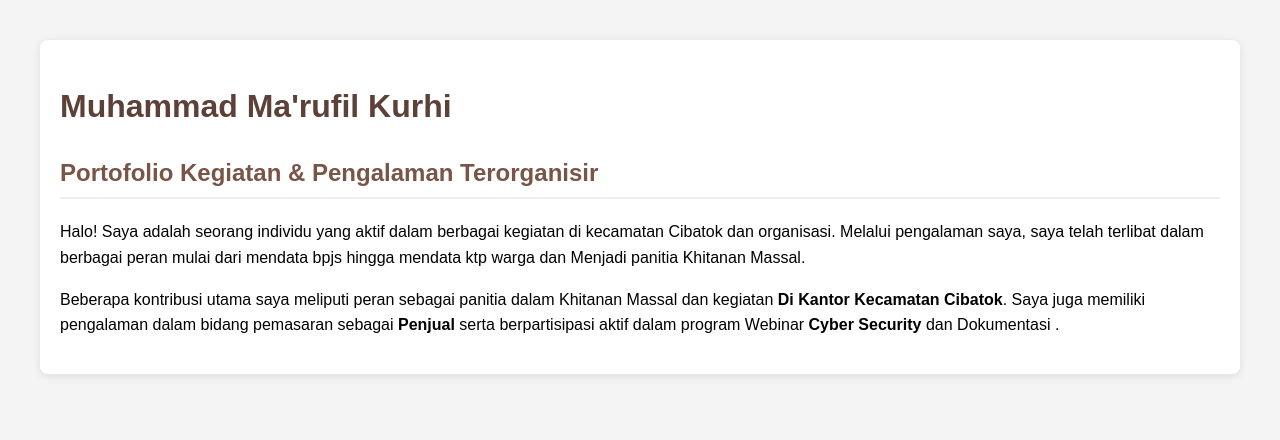
Repository: rufi1126/241552010002-Web-Application-Development
Page: p-2/latihan1.html
These files come from the project's save history. The page is drawn as it stood at one moment and after the next save; the edit follows.
The browser window is 1280 px wide. The pictures show the whole page.

Above is the page before, as saved 2026-02-27 17:31:11.

### p-2/latihan1.html
<!DOCTYPE html>
<html lang="id">
<head>
    <meta charset="UTF-8">
    <meta name="viewport" content="width=device-width, initial-scale=1.0">
    <title>Portofolio Muhammad Ma'rufil Kurhi</title>
    <style>
        body {
            font-family: Arial, sans-serif;
            line-height: 1.6;
            margin: 40px;
            background-color: #f4f4f4;
        }
        .container {
            background: white;
            padding: 20px;
            border-radius: 8px;
            box-shadow: 0 2px 10px rgba(0,0,0,0.1);
        }
        h1 {
            color: #5d4037;
        }
        h2 {
            color: #795548;
            border-bottom: 2px solid #eee;
            padding-bottom: 5px;
        }
    </style>
</head>
<body>

    <div class="container">
        <h1>Muhammad Ma'rufil Kurhi</h1>
        <h2>Portofolio Kegiatan & Pengalaman Terorganisir</h2>

        <p>
            Halo! Saya adalah seorang individu yang aktif dalam berbagai kegiatan di kecamatan Cibatok dan organisasi.
            Melalui pengalaman saya, saya telah terlibat dalam berbagai peran mulai dari mendata bpjs
            hingga mendata ktp warga dan Menjadi panitia Khitanan Massal.
        </p>

        <p>
            Beberapa kontribusi utama saya meliputi peran sebagai panitia dalam Khitanan Massal
            dan kegiatan <strong>Di Kantor Kecamatan Cibatok</strong>. Saya juga memiliki pengalaman dalam bidang pemasaran
            sebagai <strong>Penjual</strong> serta berpartisipasi aktif dalam program Webinar
            <strong>Cyber Security</strong> dan Dokumentasi <strong></strong>.
        </p>
    </div>

</body>
</html>

After the next save:
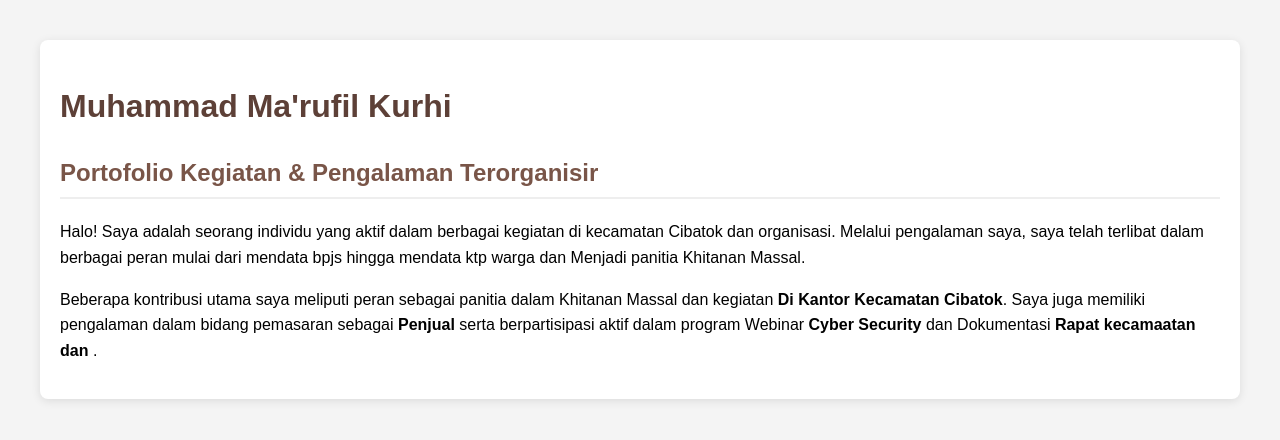
Saved 10 s later.
--- a/p-2/latihan1.html
+++ b/p-2/latihan1.html
@@ -43,7 +43,7 @@
             Beberapa kontribusi utama saya meliputi peran sebagai panitia dalam Khitanan Massal
             dan kegiatan <strong>Di Kantor Kecamatan Cibatok</strong>. Saya juga memiliki pengalaman dalam bidang pemasaran
             sebagai <strong>Penjual</strong> serta berpartisipasi aktif dalam program Webinar
-            <strong>Cyber Security</strong> dan Dokumentasi <strong></strong>.
+            <strong>Cyber Security</strong> dan Dokumentasi <strong>Rapat kecamaatan dan </strong>.
         </p>
     </div>
 
